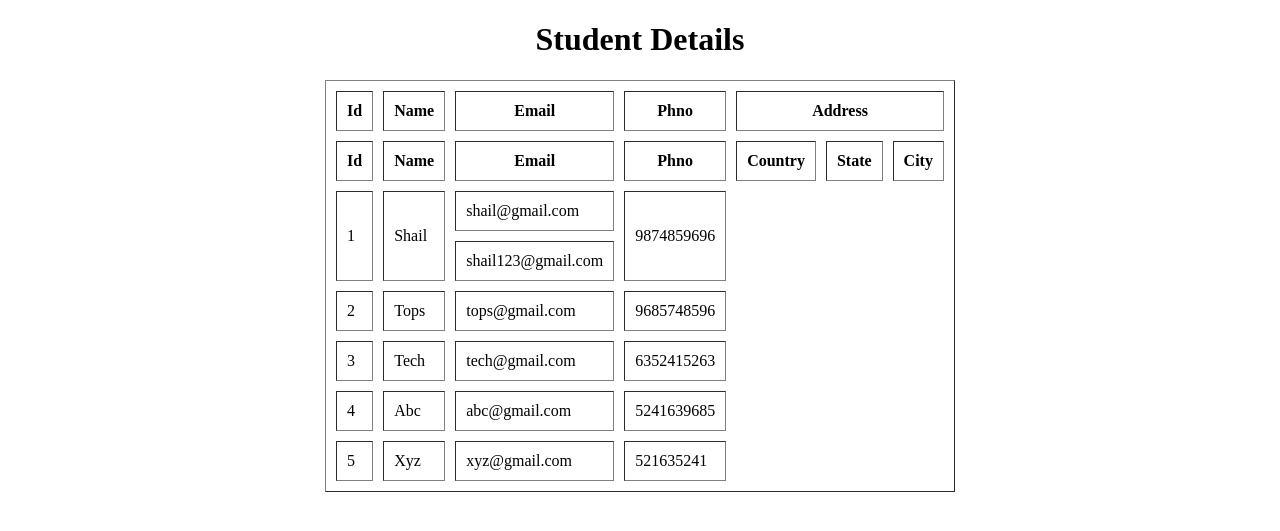
Repository: Chintan-elite/Java_Shail
Page: Learning_web/src/main/webapp/Table.html
An editor plug-in stored every save of this project. The page is shown before and after the next save, followed by the edit.
The browser window is 1280 px wide. The pictures show the whole page.

Above is the page before, as saved 2023-09-11 11:51:51.

### Learning_web/src/main/webapp/Table.html
<!DOCTYPE html>
<html>
<head>
<meta charset="ISO-8859-1">
<title>Insert title here</title>
</head>
<body>
		<h1 align="center">Student Details</h1>

		<table border="1" align="center" cellpadding="10" cellspacing="10">
		<tr>
			<th>Id</th>
			<th>Name</th>
			<th>Email</th>
			<th>Phno</th>
			<th colspan="3">Address</th>
		</tr>

		<tr>
		<th>Id</th>
			<th>Name</th>
			<th>Email</th>
			<th>Phno</th>
			<th>Country</th>
			<th>State</th>
			<th>City</th>
		</tr>

		<tr>
			<td rowspan="2">1</td>
			<td rowspan="2">Shail</td>
			<td>shail@gmail.com</td>
			<td rowspan="2">9874859696</td>
		</tr>

		<tr>


			<td>shail123@gmail.com</td>

		</tr>

		<tr>
			<td>2</td>
			<td>Tops</td>
			<td>tops@gmail.com</td>
			<td>9685748596</td>
		</tr>

		<tr>
			<td>3</td>
			<td>Tech</td>
			<td>tech@gmail.com</td>
			<td>6352415263</td>
		</tr>

		<tr>
			<td>4</td>
			<td>Abc</td>
			<td>abc@gmail.com</td>
			<td>5241639685</td>
		</tr>

		<tr>
			<td>5</td>
			<td>Xyz</td>
			<td>xyz@gmail.com</td>
			<td>521635241</td>
		</tr>


		</table>




</body>
</html>

After the next save:
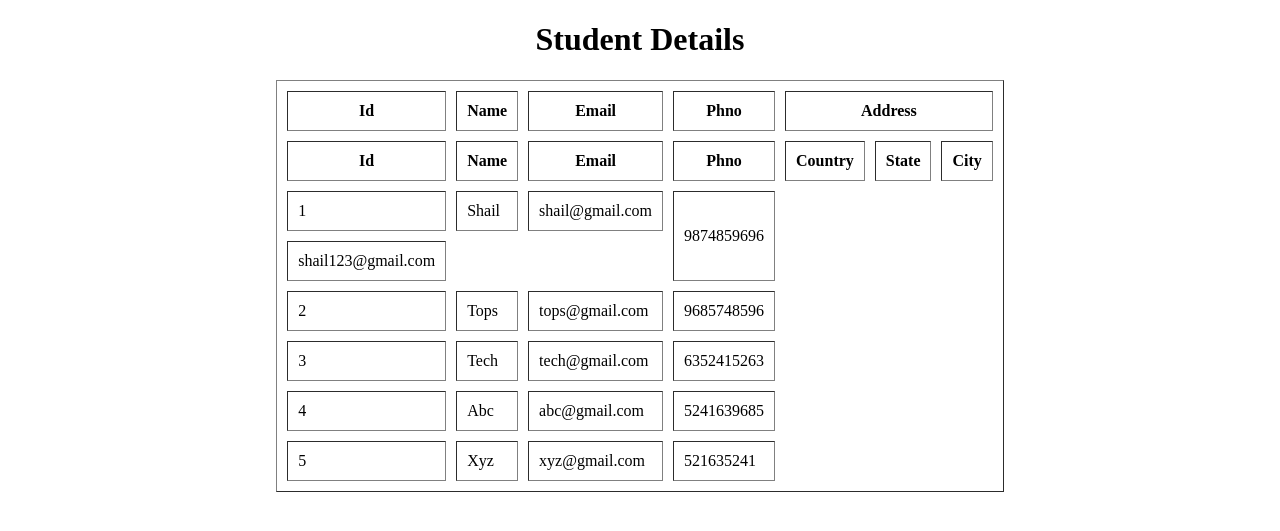
Saved 92 s later.
--- a/Learning_web/src/main/webapp/Table.html
+++ b/Learning_web/src/main/webapp/Table.html
@@ -27,17 +27,14 @@
 		</tr>
 
 		<tr>
-			<td rowspan="2">1</td>
-			<td rowspan="2">Shail</td>
+			<td >1</td>
+			<td>Shail</td>
 			<td>shail@gmail.com</td>
 			<td rowspan="2">9874859696</td>
 		</tr>
 
 		<tr>
-
-
 			<td>shail123@gmail.com</td>
-
 		</tr>
 
 		<tr>
